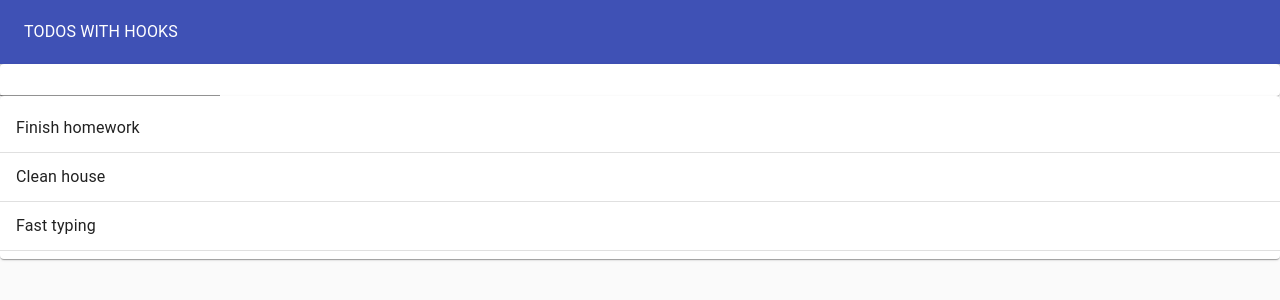
Repository: fulman/todo
Page: /
The author's editor kept a copy of each file at every save. The page is drawn from the files as they stood at one save, then again after the next save.
The browser window is 1280 px wide. The pictures show the whole page.
The project was rebuilt for these pictures with package versions that can differ from the ones it lists, and the page was loaded fresh each time.

Above is the page before, as saved 2020-09-27 13:00:14.

After the next save:
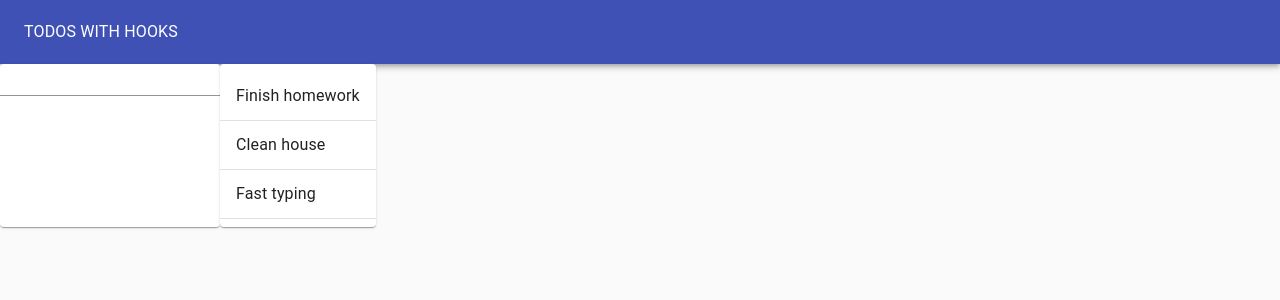
Saved 13 min 12 s later.
--- a/src/TodoApp.js
+++ b/src/TodoApp.js
@@ -32,8 +32,10 @@ function TodoApp() {
           <Typography color="inherit">TODOS WITH HOOKS</Typography>
         </Toolbar>
       </AppBar>
-      <TodoForm addTodo={addTodo} />
-      <TodoList todos={todos} />
+      <Grid container>
+        <TodoForm addTodo={addTodo} />
+        <TodoList todos={todos} />
+      </Grid>
     </Paper>
   );
 }
